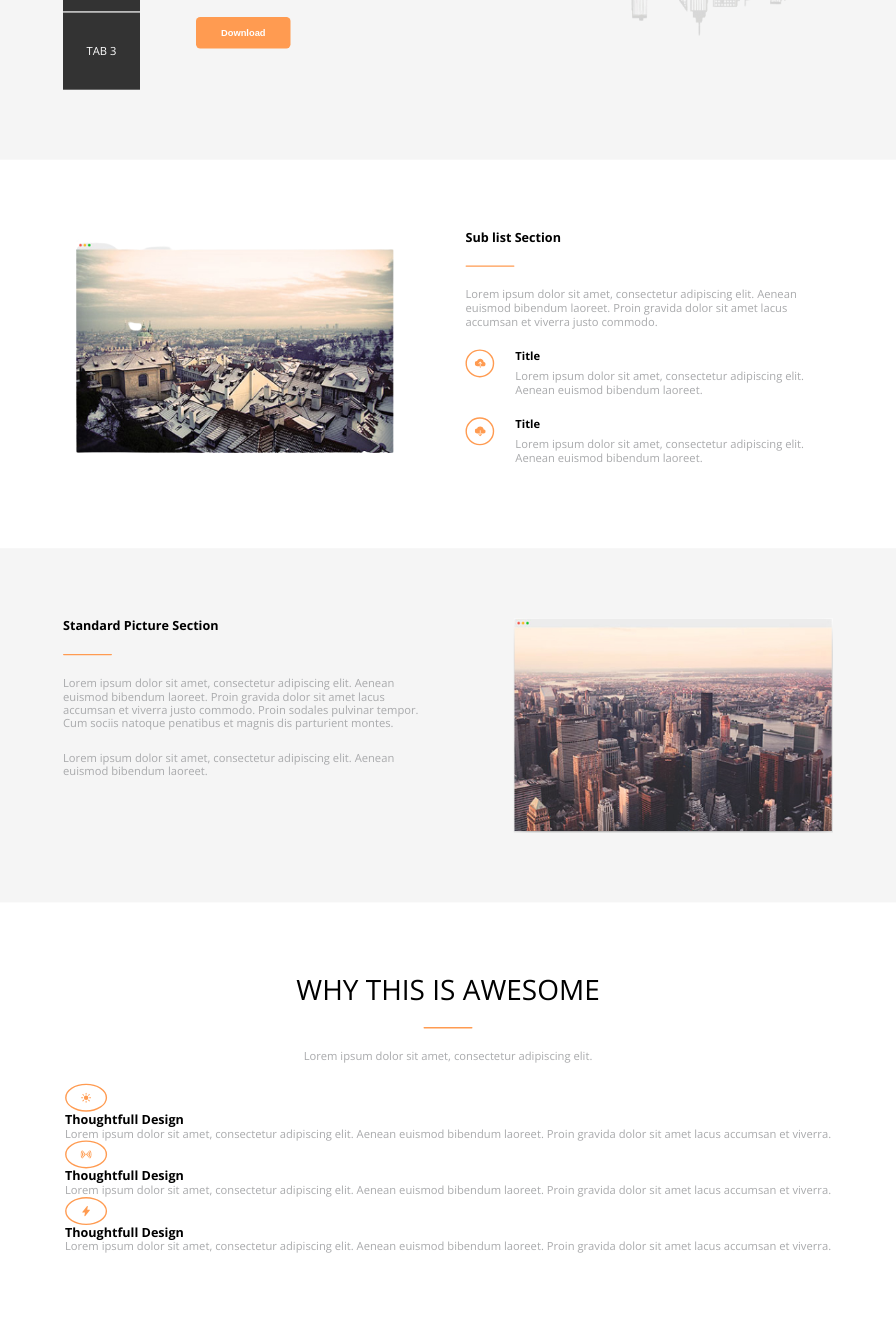
Repository: dinhtri123/axureThems
Page: index.html
These files come from the project's save history. The page is drawn as it stood at one moment and after a run of saves; the edit follows.
The browser window is 1280 px wide. The pictures show the part of the page from y = 953 to 2873 px (the page is 2843 px tall before and 2873 px after), at 70% of full size.

Above is the page before, as saved 2023-02-11 16:29:04.

After the next 2 saves:
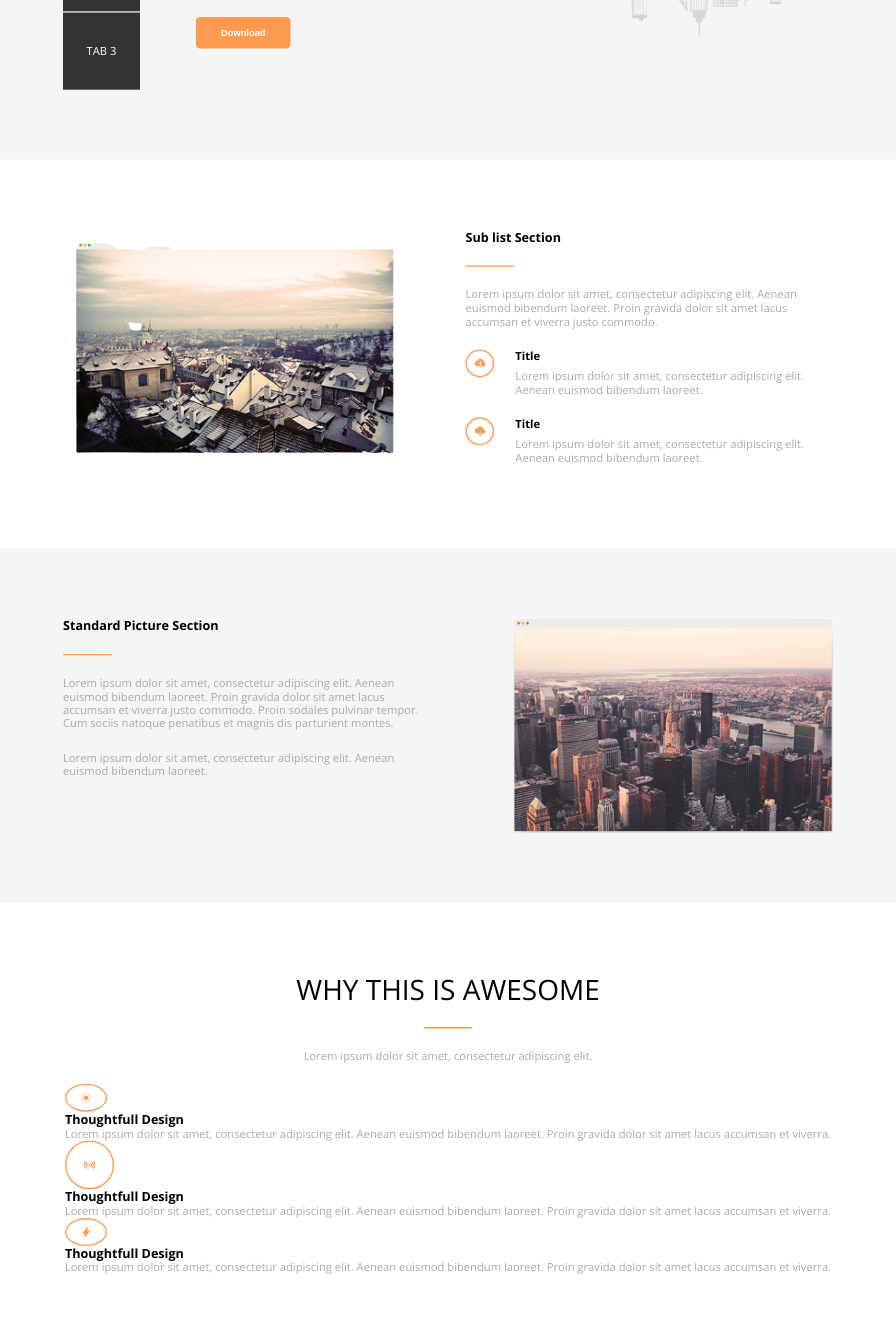
The 2 saves are shown as one change because they came seconds apart.
The last was saved 12 s later.
--- a/style.css
+++ b/style.css
@@ -344,4 +344,7 @@ h3 {
 .awesomeContent p {
   color: var(--bg-text);
 }
-.awe
+.iconAwesome{
+    width:70px;
+    height: 70px;
+}
